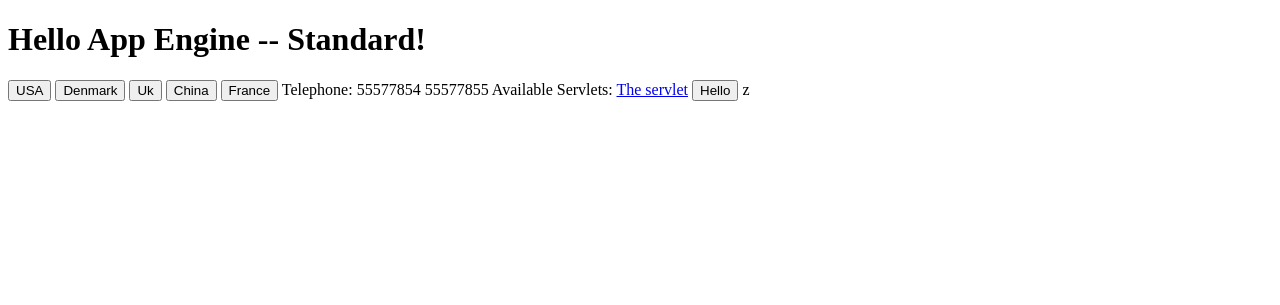
Repository: isauraAlmar/App-Engine-and-Internationalization-with-Java
Page: http://localhost/Marven/
These files come from the project's save history. The page is drawn as it stood at one moment and after the next save; the edit follows.
The browser window is 1280 px wide. The pictures show the whole page.
Some web fonts or font styles are not loaded; a fallback is used. The page is served by Tomcat 9.

Above is the page before, as saved 2017-05-04 10:31:43.

After the next save:
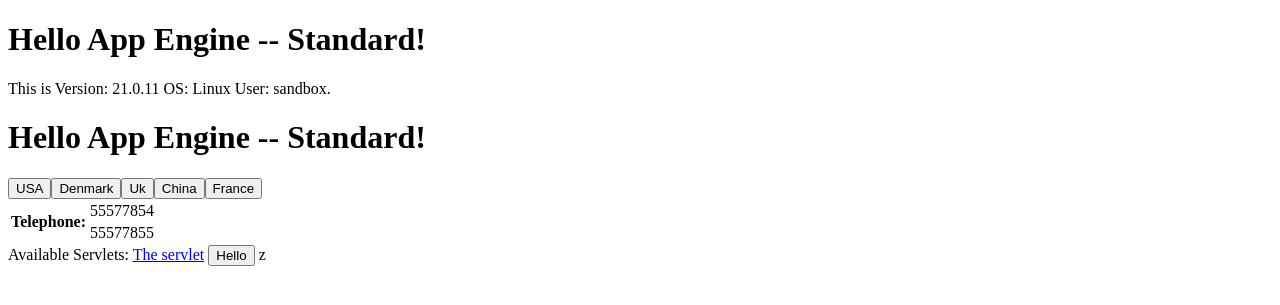
Saved 54 s later.
--- a/Marven/src/main/webapp/index.jsp
+++ b/Marven/src/main/webapp/index.jsp
@@ -24,7 +24,10 @@
   <title>Hello App Engine Standard</title>
 </head>
 <body>
+    <h1>Hello App Engine -- Standard!</h1>
 
+  <p>This is <%= HelloInfo.getInfo() %>.</p>
+  <table>
 
   <h1>Hello App Engine -- Standard!</h1>
 
